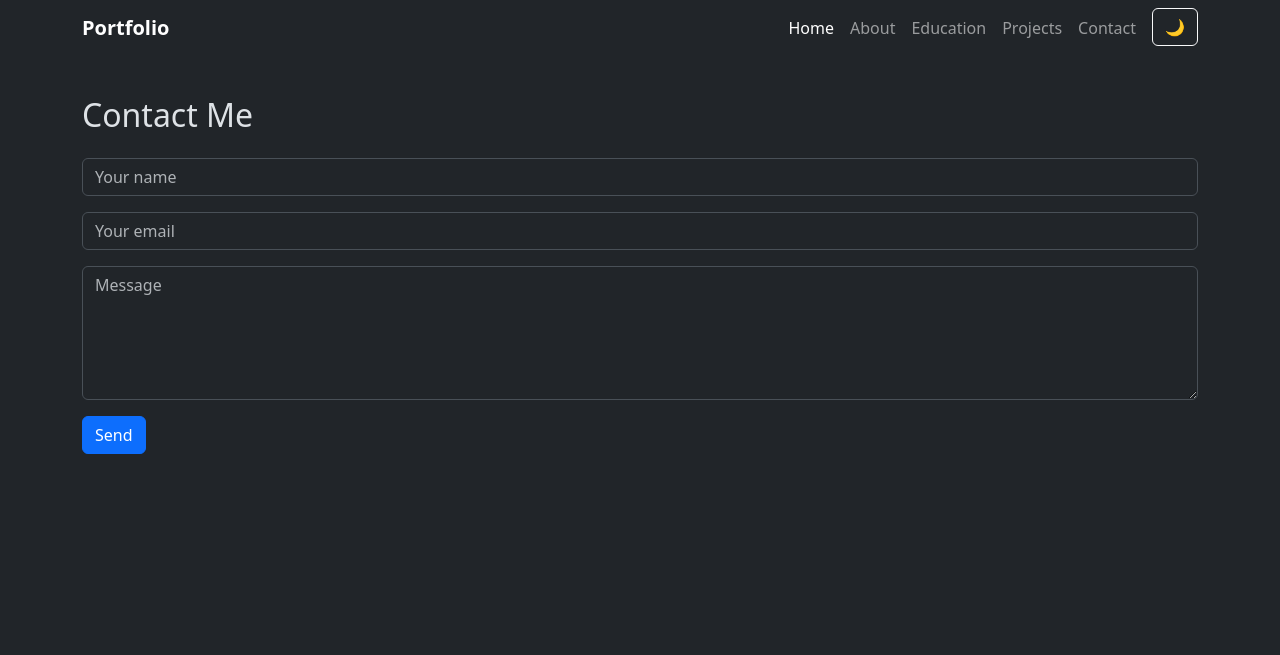
Repository: Shreyasaraf01/shreya-portfolio
Page: http://localhost/contact/
An editor plug-in stored every save of this project. The page is shown before and after the next save, followed by the edit.
The browser window is 1280 px wide. The pictures show the whole page.
The page is served by the project's application, run on Django 5.2 (manage.py).

Above is the page before, as saved 2025-09-13 23:27:23.

After the next save:
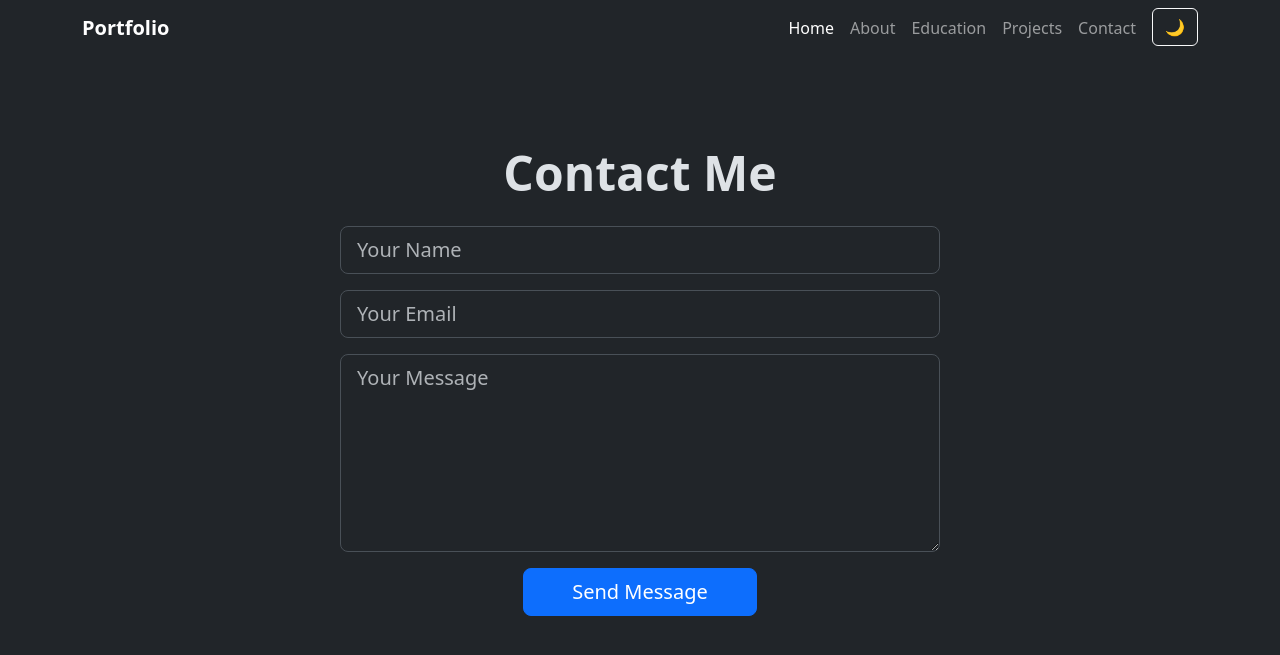
Saved 63 s later.
--- a/main/templates/main/contact.html
+++ b/main/templates/main/contact.html
@@ -1,17 +1,42 @@
 {% extends "base.html" %}
+{% load static %}
+
 {% block content %}
-<h2>Contact Me</h2>
-<form method="post" class="mt-4">
-  {% csrf_token %}
-  <div class="mb-3">
-    <input type="text" class="form-control" name="name" placeholder="Your name" required>
-  </div>
-  <div class="mb-3">
-    <input type="email" class="form-control" name="email" placeholder="Your email" required>
-  </div>
-  <div class="mb-3">
-    <textarea class="form-control" name="message" rows="5" placeholder="Message" required></textarea>
-  </div>
-  <button type="submit" class="btn btn-primary">Send</button>
-</form>
+<div class="container py-5">
+  <h2 class="display-5 fw-bold text-center mb-4">Contact Me</h2>
+
+  <!-- Display messages -->
+  {% if messages %}
+    <div class="mb-4">
+      {% for message in messages %}
+        <div
+          class="alert
+            {% if message.tags == 'success' %}alert-success{% endif %}
+            {% if message.tags == 'warning' %}alert-warning{% endif %}
+            {% if message.tags == 'error' %}alert-danger{% endif %}
+          alert-dismissible fade show" role="alert">
+          {{ message }}
+          <button type="button" class="btn-close" data-bs-dismiss="alert" aria-label="Close"></button>
+        </div>
+      {% endfor %}
+    </div>
+  {% endif %}
+
+  <!-- Contact Form -->
+  <form method="post" class="mx-auto" style="max-width:600px;">
+    {% csrf_token %}
+    <div class="mb-3">
+      <input type="text" class="form-control form-control-lg" name="name" placeholder="Your Name" required>
+    </div>
+    <div class="mb-3">
+      <input type="email" class="form-control form-control-lg" name="email" placeholder="Your Email" required>
+    </div>
+    <div class="mb-3">
+      <textarea class="form-control form-control-lg" name="message" rows="6" placeholder="Your Message" required></textarea>
+    </div>
+    <div class="text-center">
+      <button type="submit" class="btn btn-primary btn-lg px-5">Send Message</button>
+    </div>
+  </form>
+</div>
 {% endblock %}
